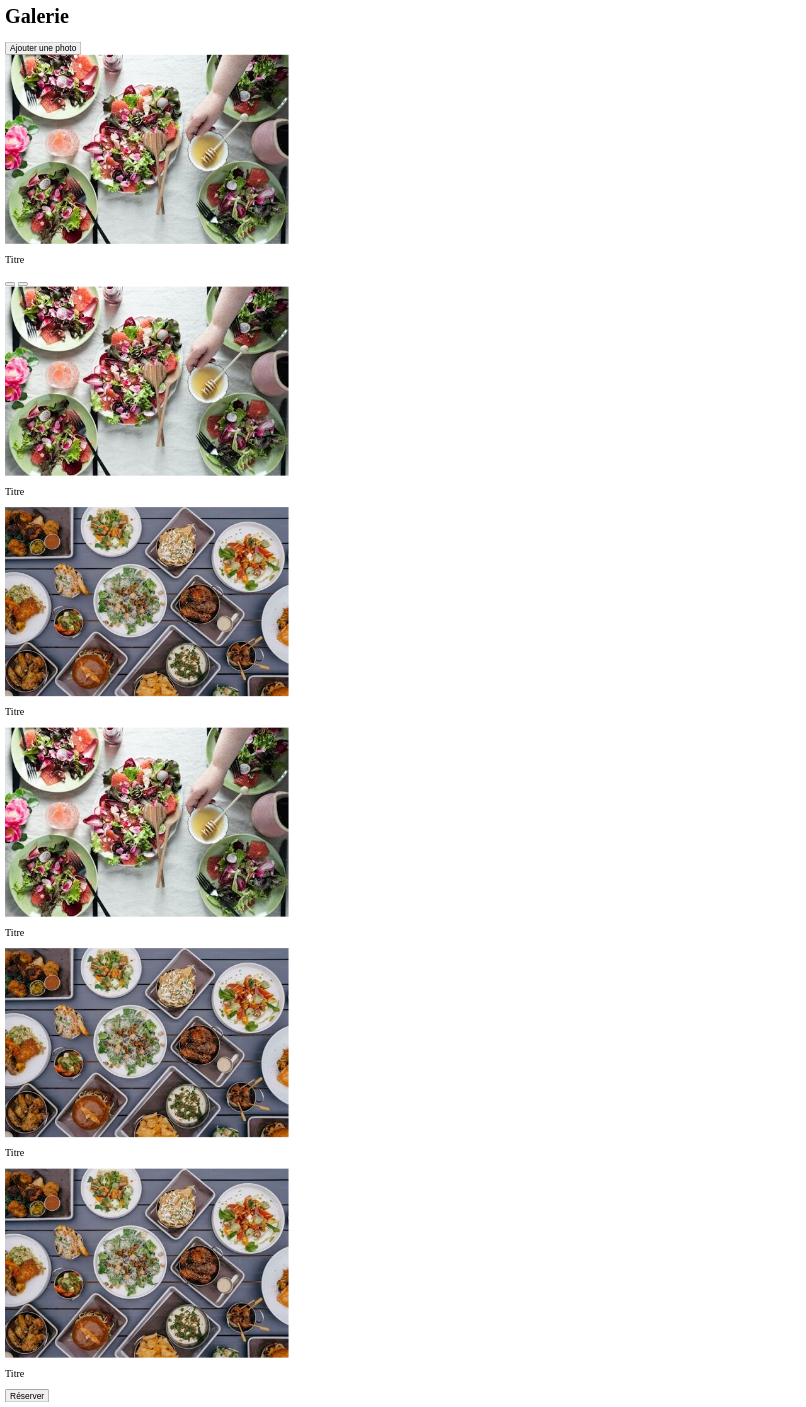
Repository: lemonhao9/QuaiAntiqueRestaurantFront
Page: pages/galerie.html
The author's editor kept a copy of each file at every save. The page is drawn from the files as they stood at one save, then again after the next save.
The browser window is 1280 px wide. The pictures show the whole page, at 63% of full size.

Above is the page before, as saved 2025-01-24 14:44:25.

After the next save:
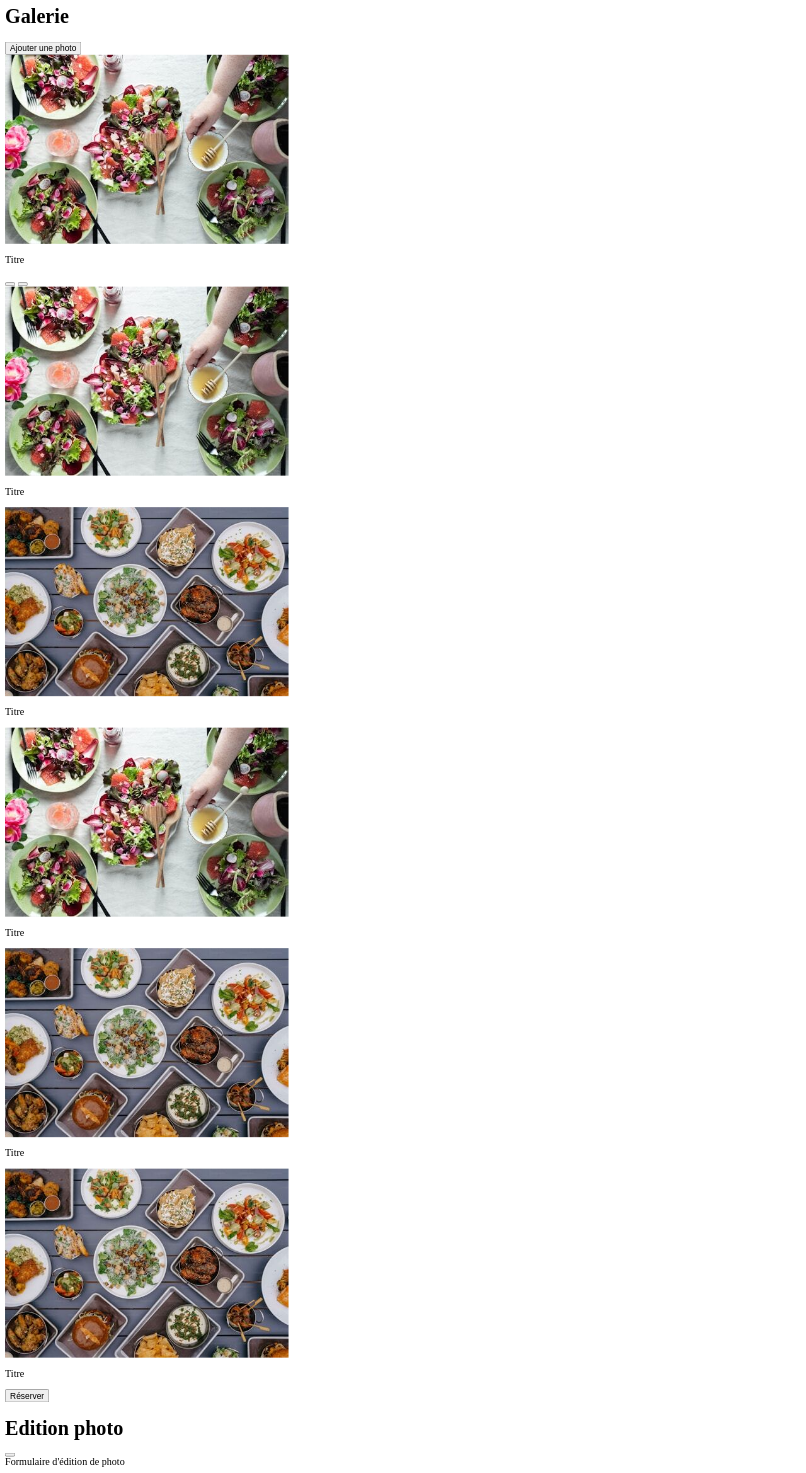
Saved 3 min 23 s later.
--- a/pages/galerie.html
+++ b/pages/galerie.html
@@ -54,3 +54,18 @@
         <button class="btn btn-primary">Réserver</button>
     </div>
 </div>
+
+<!-- Modal -->
+<div class="modal fade" id="EditionPhotoModal" tabindex="-1" aria-labelledby="EditionPhotoModal" aria-hidden="true">
+    <div class="modal-dialog">
+      <div class="modal-content">
+        <div class="modal-header">
+          <h1 class="modal-title fs-5" id="EditionPhotoModal">Edition photo</h1>
+          <button type="button" class="btn-close" data-bs-dismiss="modal" aria-label="Close"></button>
+        </div>
+        <div class="modal-body">
+          Formulaire d'édition de photo
+        </div>
+      </div>
+    </div>
+  </div>
